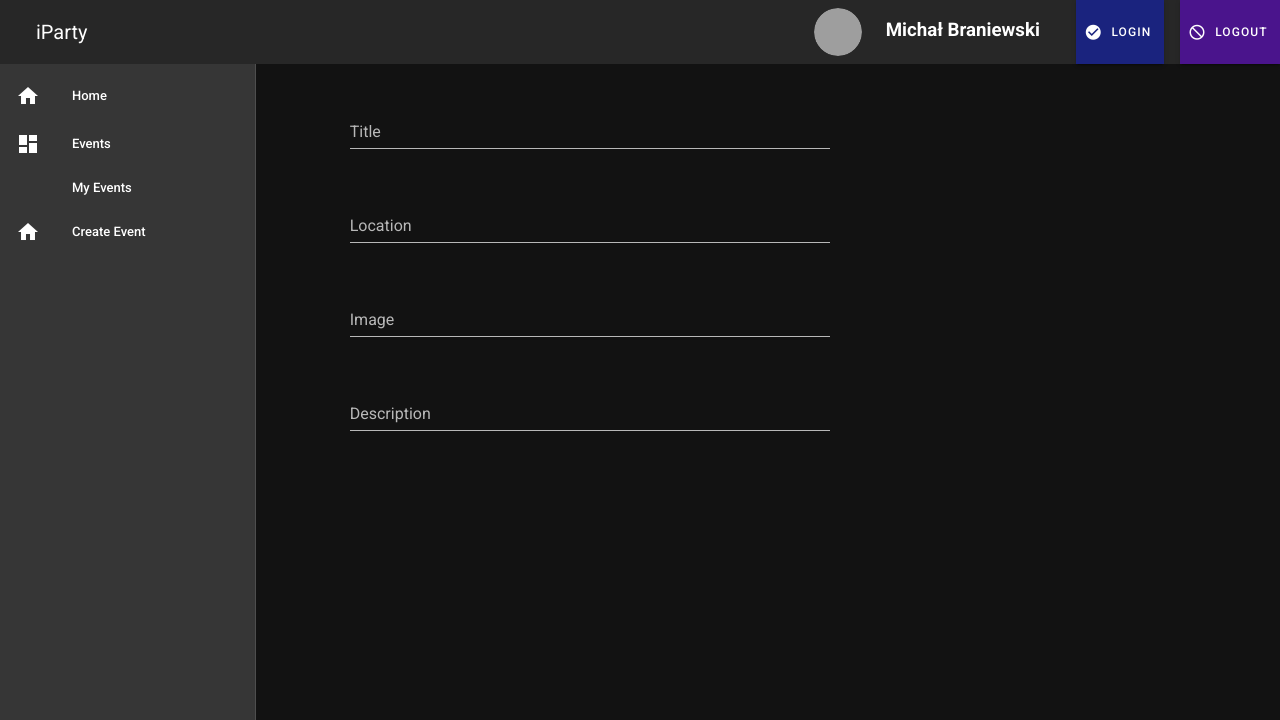
Repository: hexanek/partyapp
Page: /#/addevent
An editor plug-in stored every save of this project. The page is shown before and after the next save, followed by the edit.
The browser window is 1280 px wide. The pictures show the whole page.
Pictures or frames that could not be fetched are drawn as grey boxes. The project was rebuilt for these pictures with package versions that can differ from the ones it lists, and the page was loaded fresh each time. Also part of the build but not shown: vue.config.js, src/components/Popup.vue, src/components/Gmap.vue, src/components/Home.vue.

Above is the page before, as saved 2020-01-26 14:03:30.

After the next save:
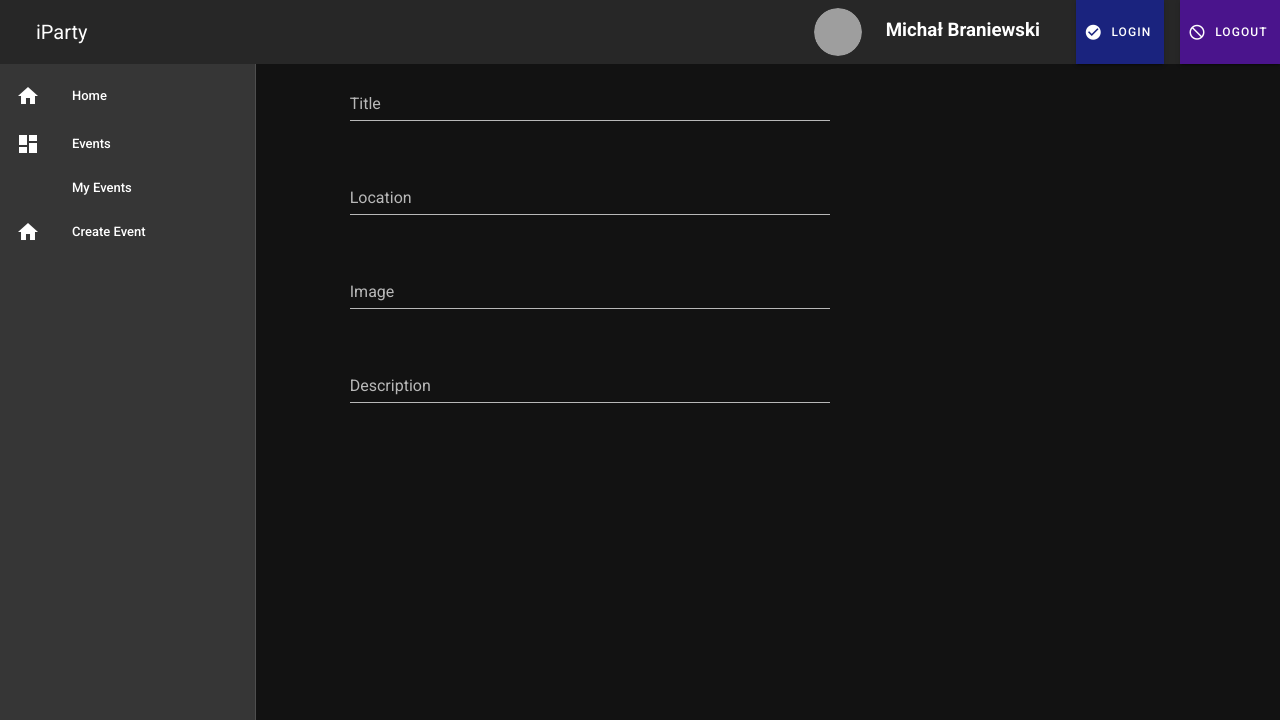
Saved 12 s later.
--- a/src/components/Event/EventForm.vue
+++ b/src/components/Event/EventForm.vue
@@ -2,7 +2,7 @@
     <div>
         <v-container>
             <v-layout row>
-                <v-flex xs-12 offset-sm3 col-5 mb-10>
+                <v-flex xs-12 offset-sm3 col-5 mb-3>
                     <h2>Add own Event</h2>
                 </v-flex>
             </v-layout>
